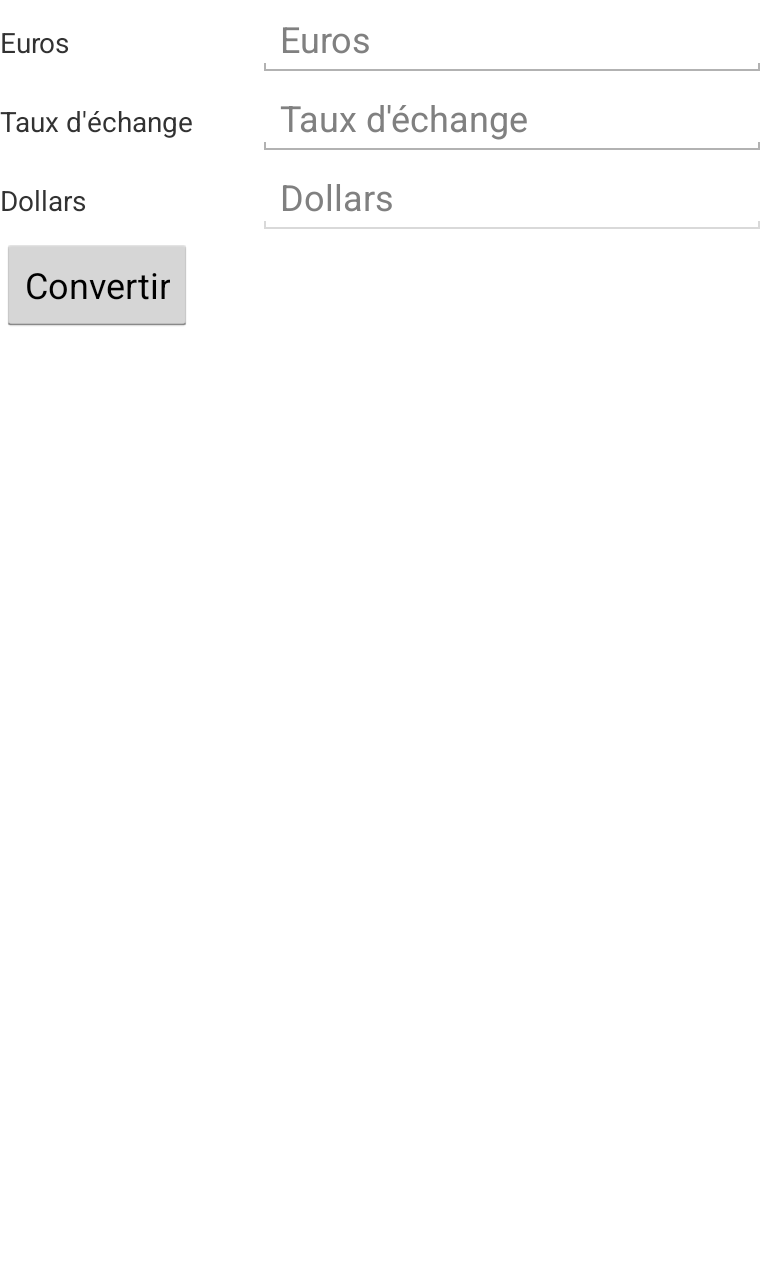
Repository: Keithdae/TP_IHM
Layout: Sous/res/layout/activity_main.xml
These files come from the project's save history. The layout is drawn as it stood at one moment and after the next save; the edit follows.
It is drawn on a 768 x 1280 px phone screen (xhdpi) without system bars, with theme AppTheme; the app's code is not run.

Above is the layout before, as saved 2016-03-08 10:43:34.

### Sous/res/layout/activity_main.xml
<LinearLayout xmlns:android="http://schemas.android.com/apk/res/android"
    xmlns:tools="http://schemas.android.com/tools"
    android:layout_width="match_parent"
    android:layout_height="match_parent"
    android:orientation="vertical"
    tools:context=".MainActivity" >


    <LinearLayout
    android:layout_width="match_parent"
    android:layout_height="wrap_content"
    android:orientation="horizontal">


    	<TextView
    	    android:layout_weight="1"
    	    android:layout_width="0dp"
     	 	android:layout_height="wrap_content"
      		android:text="@string/euros_label" />

    	<EditText android:id="@+id/edit_euros"
    	    android:inputType="numberDecimal"
    	    android:layout_weight="2"
        	android:layout_width="0dp"
        	android:layout_height="wrap_content"
        	android:hint="@string/euros_label" />

    </LinearLayout>


    <LinearLayout
    android:layout_width="match_parent"
    android:layout_height="wrap_content"
    android:orientation="horizontal">


    	<TextView
    	    android:layout_weight="1"
    	    android:layout_width="0dp"
     	 	android:layout_height="wrap_content"
      		android:text="@string/change_label" />

    	<EditText android:id="@+id/edit_change"
        	android:inputType="numberDecimal"
        	android:layout_weight="2"
        	android:layout_width="0dp"
        	android:layout_height="wrap_content"
        	android:hint="@string/change_label" />

    </LinearLayout>


    <LinearLayout
    android:layout_width="match_parent"
    android:layout_height="wrap_content"
    android:orientation="horizontal">


    	<TextView
    	    android:layout_weight="1"
    	    android:layout_width="0dp"
     	 	android:layout_height="wrap_content"
      		android:text="@string/dollars_label" />

    	<EditText android:id="@+id/edit_dollars"
    	    android:visibility="false"
        	android:inputType="numberDecimal"
        	android:layout_weight="2"
        	android:layout_width="0dp"
        	android:layout_height="wrap_content"
        	android:hint="@string/dollars_label"
        	android:enabled="false"
        	android:focusable="false" />

    </LinearLayout>


    <Button
    android:layout_width="wrap_content"
    android:layout_height="wrap_content"
    android:text="@string/button_convert"
    android:onClick="convert" />


</LinearLayout>

### Sous/res/values/strings.xml
<?xml version="1.0" encoding="utf-8"?>
<resources>

    <string name="app_name">Sous</string>
    <string name="hello_world">Hello world!</string>
    <string name="menu_settings">Settings</string>
    <string name="euros_label">Euros</string>
    <string name="dollars_label">Dollars</string>
    <string name="change_label">Taux d\'échange</string>
    <string name="button_convert">Convertir</string>

</resources>

Loaded but not shown: Sous/res/values/styles.xml (common file); Sous/res/values-v11/styles.xml (common file); Sous/res/values-v14/styles.xml (common file)

After the next save:
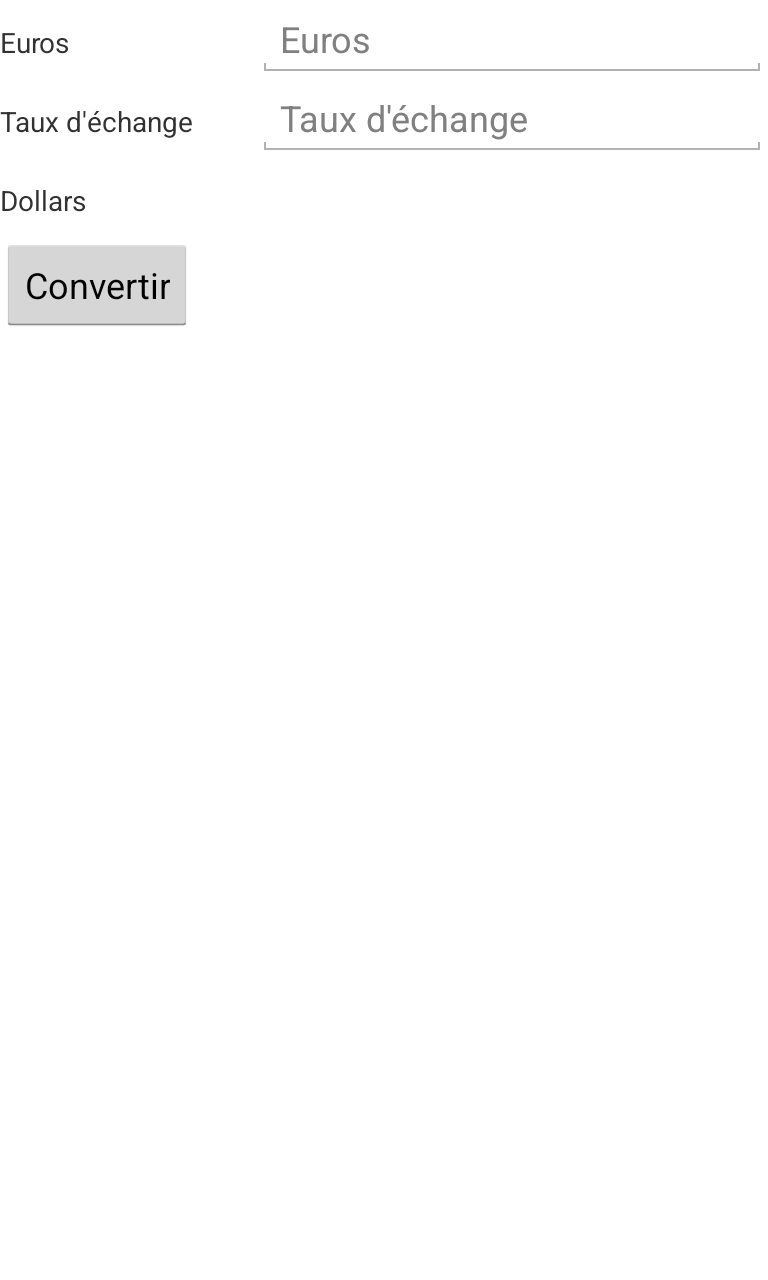
Saved 11 s later.
--- a/Sous/res/layout/activity_main.xml
+++ b/Sous/res/layout/activity_main.xml
@@ -63,7 +63,7 @@
       		android:text="@string/dollars_label" />
 
     	<EditText android:id="@+id/edit_dollars"
-    	    android:visibility="false"
+    	    android:visibility="invisible"
         	android:inputType="numberDecimal"
         	android:layout_weight="2"
         	android:layout_width="0dp"
